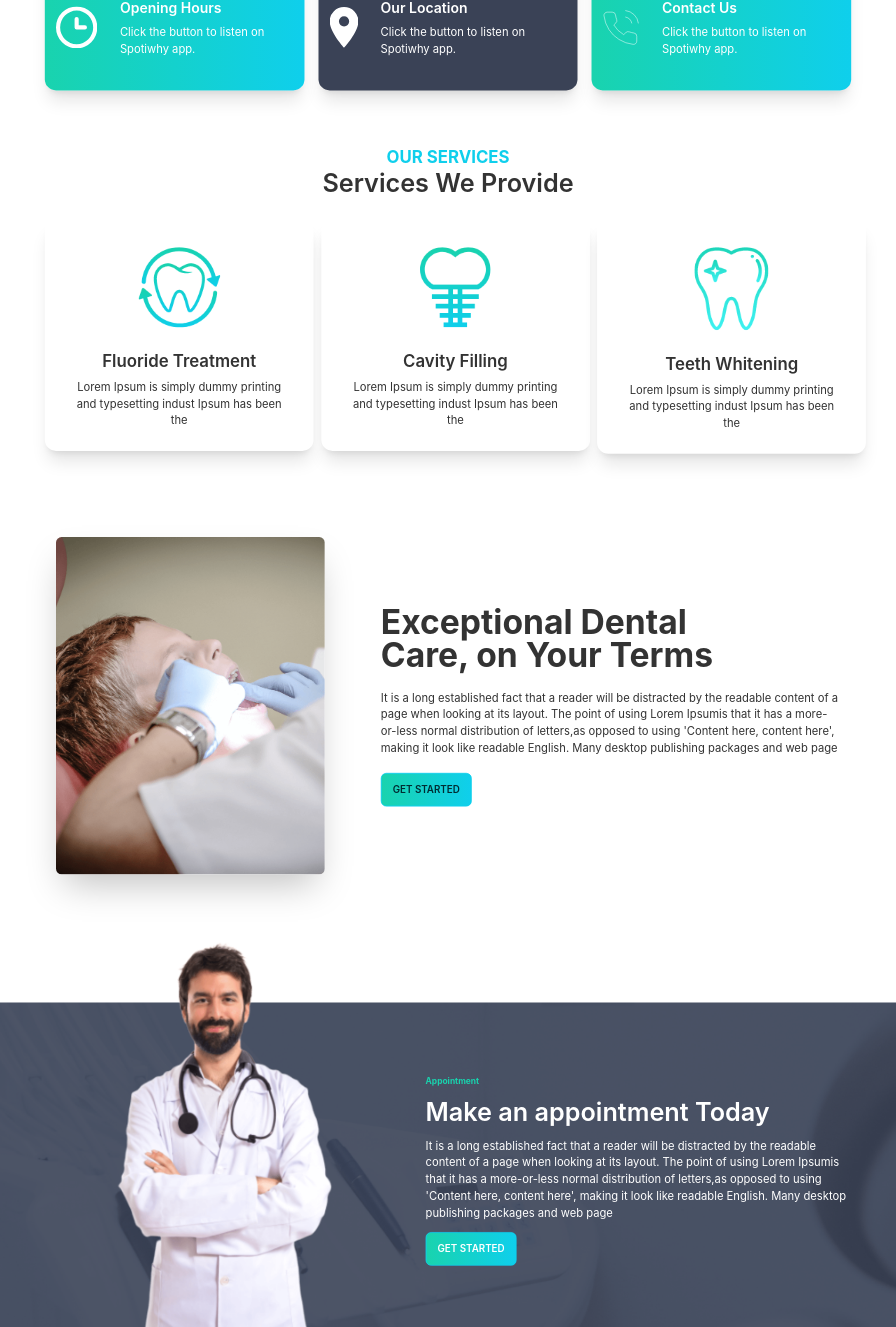
Repository: Tanvir3744/Doctors-client-website
Page: /
An editor plug-in stored every save of this project. The page is shown before and after the next save, followed by the edit.
The browser window is 1280 px wide. The pictures show the part of the page from y = 723 to 2643 px (the page is 2619 px tall before and 2643 px after), at 70% of full size.
The project was rebuilt for these pictures with package versions that can differ from the ones it lists, and the page was loaded fresh each time. Also part of the build but not shown: src/Pages/About/About.js, src/Pages/Login/Login.js, src/Pages/NotFound/NotFound.js.

Above is the page before, as saved 2022-05-25 22:27:16.

### src/App.js
import { Routes, Route } from 'react-router-dom'
import About from './Pages/About/About';
import Home from './Pages/Home/Home';
import Login from './Pages/Login/Login';
import NotFound from './Pages/NotFound/NotFound';
import Navbar from './Pages/Shared/Navbar';
function App() {
  return (
    <div className="App">
      <Navbar></Navbar>
      <Routes>
        <Route path='/' element={<Home />}></Route>
        <Route path='/home' element={<Home />}></Route>
        <Route path='/about' element={<About />}></Route>
        <Route path='/login' element={<Login />}></Route>
        <Route path='*' element={<NotFound />}></Route>
      </Routes>
    </div>
  );
}

export default App;

### src/Pages/Home/Home.js
import React from 'react';
import InfoCards from '../../components/InfoCards';
import Banner from './Banner/Banner';
import MakeAppointment from './MakeAppointment';
import ServiceHero from './ServiceHero';
import Services from './Services';

const Home = () => {
    return (
        <div>
            <Banner />
            <InfoCards />
            <Services />
            <ServiceHero />
            <MakeAppointment />
        </div>
    );
};

export default Home;

### src/Pages/Shared/Navbar.js
import React from 'react';
import { Link } from 'react-router-dom';

const Navbar = () => {
    //menu items stored here
    const menuItems = <>
        <li><Link to="/">Home</Link></li>
        <li><Link to="/about">About</Link></li>
        <li><Link to="/appointment">Appointmenet</Link></li>
        <li><Link to="/reviews">Reviews</Link></li>
        <li><Link to="/contact">Contact Us</Link></li>
        <li><Link to="/login">Log in </Link></li>
    </>
    return (
        <div>
            <div class="navbar bg-base-100">
                <div class="navbar-start">
                    <div class="dropdown">
                        <label tabindex="0" class="btn btn-ghost lg:hidden">
                            <svg xmlns="http://www.w3.org/2000/svg" class="h-5 w-5" fill="none" viewBox="0 0 24 24" stroke="currentColor"><path stroke-linecap="round" stroke-linejoin="round" stroke-width="2" d="M4 6h16M4 12h8m-8 6h16" /></svg>
                        </label>
                        <ul tabindex="0" class="menu menu-compact dropdown-content mt-3 p-2 shadow bg-base-100 rounded-box w-52">
                           {menuItems}
                        </ul>
                    </div>
                    <Link to='/' class="btn btn-ghost normal-case text-xl">daisyUI</Link>
                </div>
                <div class="navbar-center hidden lg:flex">
                    <ul class="menu menu-horizontal p-0">
                        {menuItems}
                    </ul>
                </div>
            </div>
        </div>
    );
};

export default Navbar;

### src/components/InfoCards.js
import React from 'react';
import ChildInfoCards from './ChildInfoCards';
import Clock from './../assets/icons/clock.svg'
import Marker from './../assets/icons/marker.svg'
import Phone from './../assets/icons/phone.svg'
const InfoCards = () => {

    return (
        <div className='grid px-16 grid-cols-1 lg:grid-cols-3 gap-5 -mt-28'>
            <ChildInfoCards bgClass='bg-gradient-to-r from-secondary to-primary' cardTitle='Opening Hours' img={Clock} />
            <ChildInfoCards bgClass='bg-warning' cardTitle='Our Location' img={Marker} />
            <ChildInfoCards bgClass='bg-gradient-to-r from-secondary to-primary' cardTitle='Contact Us' img={Phone} />
        </div>
    );
};

export default InfoCards;

### src/Pages/Home/Banner/Banner.js
import React from 'react';
import chair from '../../../assets/images/chair.png'
const Banner = () => {
    return (
        <div className='px-12'>
            <div class="hero min-h-screen conatiner mx-auto">
                <div class="hero-content flex-col lg:flex-row-reverse -mt-28">
                    <img src={chair} class="max-w-sm rounded-lg shadow-2xl " />
                    <div className='px-16'>
                        <h1 class="text-5xl font-bold">Box Office News!</h1>
                        <p class="py-6">Provident cupiditate voluptatem et in. Quaerat fugiat ut assumenda excepturi exercitationem quasi. In deleniti eaque aut repudiandae et a id nisi.</p>
                        <button class="btn btn-primary text-white rounded-lg bg-gradient-to-r from-secondary to-primary">Get Started</button>
                    </div>
                </div>
            </div>
        </div>
    );
};

export default Banner;

### src/Pages/Home/MakeAppointment.js
import React from 'react';
import Appointment from "../../assets/images/appointment.png";
import Doctor from '../../assets/images/doctor.png';
const MakeAppointment = () => {
    return (
        <div style={{background:`url(${Appointment})`}} className='flex justify-center items-center mt-16'>
            <div className='flex-1 -mt-36 hidden sm:block '>
                <img src={Doctor} alt="Doctors image" />
            </div>
            <div className='flex-1 pr-16 '>
                <h6 className='my-4 text-secondary text-xl font-bold lg:text-xs'>Appointment</h6>
                <h5 className='my-4 text-white text-4xl font-semibold '>Make an appointment Today</h5>
                <p className='my-4 text-white'>It is a long established fact that a reader will be distracted by the readable content of a page when looking at its layout. The point of using Lorem Ipsumis that it has a more-or-less normal distribution of letters,as opposed to using 'Content here, content here', making it look like readable English. Many desktop publishing packages and web page</p>
                <button className="btn btn-primary bg-gradient-to-r from-secondary text-white font-semibold to-primary">Get Started</button>
            </div>
        </div>
    );
};

export default MakeAppointment;

### src/Pages/Home/ServiceHero.js
import React from 'react';
import Treatment from '../../assets/images/treatment.png'

const ServiceHero = () => {
    return (
        <div>
            <div class="hero min-h-screen px-16">
                <div class="hero-content flex-col lg:flex-row">
                    <img src={Treatment} class="max-w-sm rounded-lg shadow-2xl" />
                    <div className="ml-16">
                        <h1 class="text-5xl font-bold">Exceptional Dental </h1>
                        <h1 class="text-5xl font-bold">Care, on Your Terms</h1>
                        <p class="py-6">It is a long established fact that a reader will be distracted by the readable content of a page when looking at its layout. The point of using Lorem Ipsumis that it has a more-or-less normal distribution of letters,as opposed to using 'Content here, content here', making it look like readable English. Many desktop publishing packages and web page</p>
                        <button class="btn btn-primary bg-gradient-to-r from-secondary to-primary">Get Started</button>
                    </div>
                </div>
            </div>
        </div>
    );
};

export default ServiceHero;

### src/Pages/Home/Services.js
import React from 'react';
import Fluoride from '../../assets/images/fluoride.png';
import Cavity from '../../assets/images/cavity.png';
import Whitening from '../../assets/images/whitening.png';
import Service from './Service';
const Services = () => {
    const serviceData = [
        {
            _id: 1,
            img: Fluoride,
            name: 'Fluoride Treatment',
            desc: 'Lorem Ipsum is simply dummy printing and typesetting indust Ipsum has been the',
        },
        {
            _id: 2,
            img: Cavity,
            name: 'Cavity Filling',
            desc: 'Lorem Ipsum is simply dummy printing and typesetting indust Ipsum has been the'
        },
        {
            _id: 3,
            img: Whitening,
            name: 'Teeth Whitening',
            desc: 'Lorem Ipsum is simply dummy printing and typesetting indust Ipsum has been the'
        }

    ]
    return (
        <div>
            <div className=' text-center mt-20'>
                <h3 className='text-primary uppercase font-bold text-2xl'>Our Services</h3>
                <h2 className='text-4xl text-dark capitalize font-semibold'>Services we provide</h2>
            </div>
            <div className="service-cards gap-8 grid sm:grid-cols-1 md:grid-cols-2 lg:grid-cols-3  mt-8 px-16">
                {
                    serviceData.map(serve => <Service key={serve._id} service = {serve}></Service>)
                }
            </div>
        </div>
    );
};

export default Services;

### src/components/ChildInfoCards.js
import React from 'react';

const ChildInfoCards = (props) => {
    const {img, cardTitle, bgClass} = props;
    return (
        <div className='container'>
            <div className={`card lg:card-side shadow-xl p-4 pl-4  ${bgClass}`}>
                <figure><img src={img} alt="Info cards" /></figure>
                <div class="card-body text-white">
                    <h2 class="card-title">{cardTitle}</h2>
                    <p>Click the button to listen on Spotiwhy app.</p>
                </div>
            </div>
        </div>
    );
};

export default ChildInfoCards;

### src/Pages/Home/Service.js
import React from 'react';

const Service = (props) => {
    const {name, img, desc} = props.service;
    return (
        <div>
            <div className="card   w-96 bg-base-100 shadow-xl">
                <figure className="px-10 pt-10">
                    <img src={img} alt="Shoes" className="rounded-xl" />
                </figure>
                <div className="card-body items-center text-center">
                    <h2 className="card-title font-semibold text-2xl">{name}</h2>
                    <p>{desc}</p>
                </div>
            </div>
        </div>
    );
};

export default Service;

### tailwind.config.js
module.exports = {
  content: ["./src/**/*.{html,js}"],
  theme: {
    extend: {},
  },
  daisyui: {
    themes: [
      {

        mytheme: {
          primary: "#0FCFEC",
          secondary: "#19D3AE",
          neutral: "#3d4451",
          warning : "#3A4256",
          accent: "#37cdbe",
          "base-100": "#ffffff",
        },
      },
      "cupcake",
    ],
  },
  plugins: [require("daisyui")],
}

### src/Pages/Home/Testimonials.js
import React from 'react';

const Testimonials = () => {
    return (
        <div>
            <h1>testimonials</h1>
        </div>
    );
};

export default Testimonials;

Loaded but not shown: public/index.html (common file); src/index.js (common file); src/index.css (common file); src/reportWebVitals.js (common file)

After the next save:
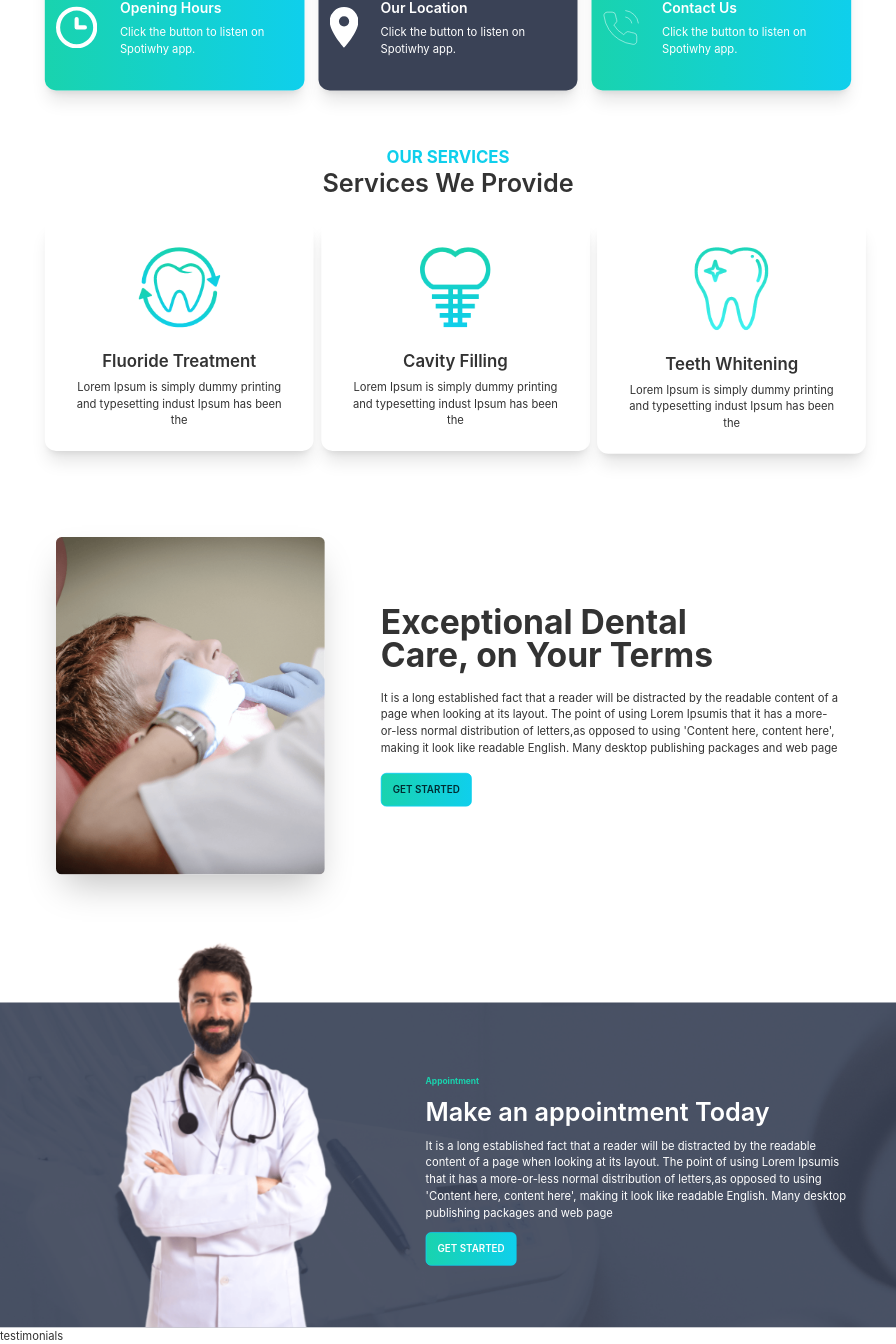
Saved 18 s later.
--- a/src/Pages/Home/Home.js
+++ b/src/Pages/Home/Home.js
@@ -4,6 +4,7 @@ import Banner from './Banner/Banner';
 import MakeAppointment from './MakeAppointment';
 import ServiceHero from './ServiceHero';
 import Services from './Services';
+import Testimonials from './Testimonials';
 
 const Home = () => {
     return (
@@ -13,6 +14,7 @@ const Home = () => {
             <Services />
             <ServiceHero />
             <MakeAppointment />
+            <Testimonials />
         </div>
     );
 };
